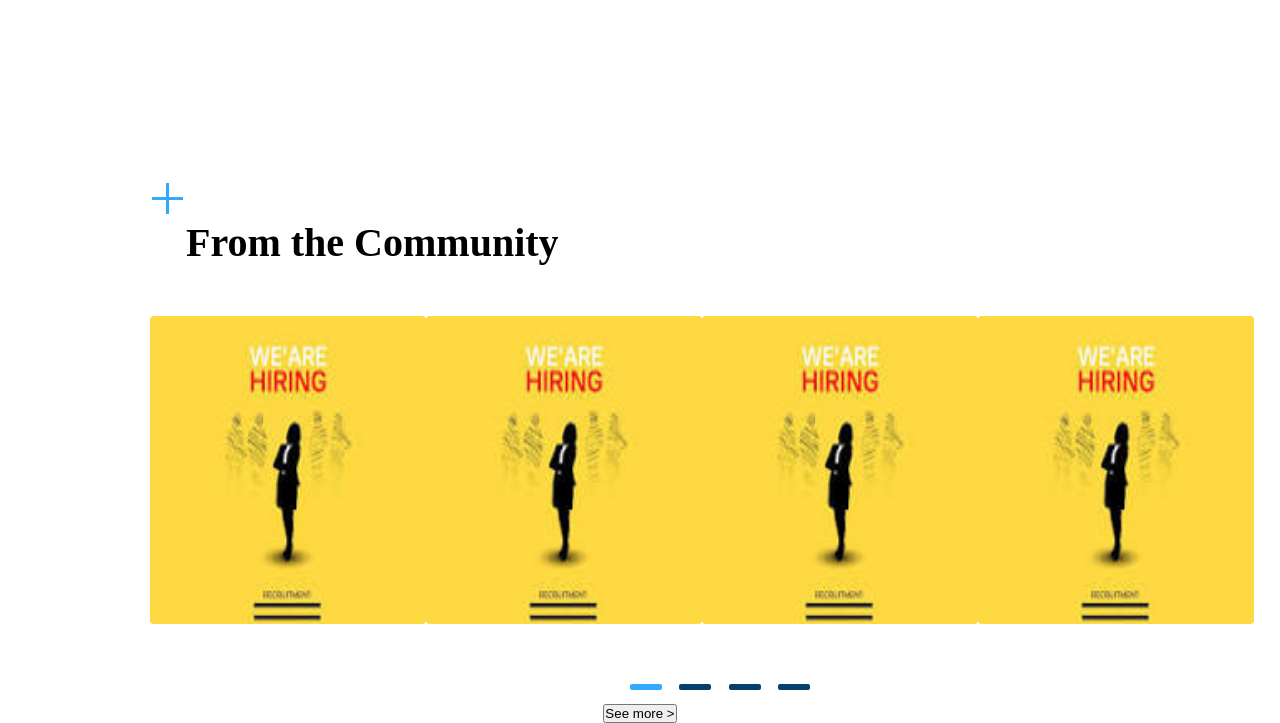
Repository: shekharyadav638/OSL_Assignment_1
Page: index.html
The author's editor kept a copy of each file at every save. The page is drawn from the files as they stood at one save, then again after the next save.
The browser window is 1280 px wide. The pictures show the whole page.
The style sheet was rebuilt from its Sass, Less or Tailwind sources for each picture, by a compiler version that may differ from the author's.

Above is the page before, as saved 2024-07-13 15:44:03.

### index.html
<!DOCTYPE html PUBLIC "-//W3C//DTD HTML 4.01 Transitional//EN" "http://www.w3.org/TR/html4/loose.dtd">
<html>
  <head>
    <meta http-equiv="Content-Type" content="text/html; charset=ISO-8859-1" />
    <title>Assignment 1</title>
    <link rel="stylesheet" href="style.css" />
    <link rel="preconnect" href="https://fonts.googleapis.com" />
    <link rel="preconnect" href="https://fonts.gstatic.com" crossorigin />
    <link
      href="https://fonts.googleapis.com/css2?family=Montserrat:ital,wght@0,100..900;1,100..900&display=swap"
      rel="stylesheet"
    />
  </head>
  <body>
    <!-- <header>
      <div class="header">
        <div class="header_left">
          <div class="header_left_logo"></div>
          <span class="header_left_title">Thinkin Blue</span>
        </div>
        <div class="header_right">
          <ul class="header_right_list">
            <li class="header_right_list_item">
              <a href="#">Home</a>
            </li>
            <li class="header_right_list_item"><a href="#">About Us</a></li>
            <li class="header_right_list_item"><a href="#">Work</a></li>
            <li class="header_right_list_item">
              <a href="#">ThinkinBlue Business</a>
            </li>
          </ul>
          <button class="header_right_btn">Login</button>
        </div>
      </div>
    </header>
    <section class="banner">
      <div class="banner_left">
       <p class="banner_left_text">The career network <br> for workers</p>
       <div class="banner_left_input">
        <input type="text" placeholder="Search Better Opportunites" class="banner_left_input_box"></input>
        <img src="img/location.svg" alt="location-icon" class="banner_left_input_icon">
       </div>
       <div class="banner_left_categories">
        <hr>
        <div class="banner_left_categories_title">100+ Job Opportunities</div>
        <div class="banner_left_categories_list">
          <div class="banner_left_categories_list_above">
            <div class="banner_left_categories_list_above_item"> Precision Production</div>
            <div class="banner_left_categories_list_above_item"> Helpers</div>
            <div class="banner_left_categories_list_above_item"> Front-line Supervisors</div>
            <div class="banner_left_categories_list_above_item"> Machine operators & Supervisors</div>
          </div>
          <div class="banner_left_categories_list_below">
            <div class="banner_left_categories_list_below_item"> Machine operators</div>
            <div class="banner_left_categories_list_below_item"> Handlers</div>
            <div class="banner_left_categories_list_below_item"> Transportation & moving occupations</div>
            <div class="banner_left_categories_list_below_item"> See all</div>
          </div>
        </div>
        <div >
          <button class="banner_left_categories_button">Join ThinkinBlue</button>
        </div>
       </div>
      </div>
      <div class="banner_right">
        <img src="img/banner_right.png" alt="banner_right" class="banner_right_img"></img>
      </div>
    </section> -->
    <section class="hiring">
      <div class="hiring_top">
        <div class="hirinf_top_icon">
          <img src="img/plus_icon.svg" alt="plus_icon" />
        </div>
        <div class="hiring_top_heading">From the Community</div>
      </div>
      <div class="hiring_body">
        <div class="hiring_body_img">
          <img src="img/hiring.jpeg" alt="hiring" />
        </div>
        <div class="hiring_body_img">
          <img src="img/hiring.jpeg" alt="hiring" />
        </div>
        <div class="hiring_body_img">
          <img src="img/hiring.jpeg" alt="hiring" />
        </div>
        <div class="hiring_body_img">
          <img src="img/hiring.jpeg" alt="hiring" />
        </div>
      </div>
      <div class="hiring_footer">
        <div class="hiring_footer_slide">
          <div class="hiring_footer_slide_1"></div>
          <div class="hiring_footer_slide_2"></div>
          <div class="hiring_footer_slide_2"></div>
          <div class="hiring_footer_slide_2"></div>
        </div>
        <div class="hiring_footer_btn"><button>See more ></button></div>
      </div>
    </section>
  </body>
</html>

### style.scss
* {
  margin: 0;
  padding: 0;
}
.body {
  width: 1440px;
  opacity: 1;
  overflow-x: hidden;
}

@import "header";
@import "banner";
@import "hiring";

### header.scss
.header {
  background: transparent;
  position: fixed;
  display: flex;
  align-content: center;
  width: 1140px;
  height: 86px;
  opacity: 1;
  margin: 16px 150px;
  &_left {
    align-items: center;
    display: flex;
    opacity: 1;

    &_logo {
      width: 52px;
      height: 52px;
      background: #ffffff 0% 0% no-repeat padding-box;
      opacity: 1;
    }

    &_title {
      padding-left: 5px;
      text-align: left;
      font: normal normal bold 21px/28px Segoe UI;
      width: 113px;
      height: 28px;
      letter-spacing: 0px;
      color: #150303;
      opacity: 1;
    }
  }

  &_right {
    margin-left: 261px;
    align-items: center;
    display: flex;
    gap: 66px;
    &_list {
      list-style: none;
      display: flex;
      gap: 76px;
      align-items: center;

      &_item {
        text-align: left;
        font: normal normal normal 14px/11px Montserrat;
        letter-spacing: 0px;
        padding: 17px 0;
        color: #ffffff;
        opacity: 1;
      }
    }
    &_btn {
      background: #ffc832 0% 0% no-repeat padding-box;
      border-radius: 4px;
      opacity: 1;
      padding: 8px 33px;
      text-align: left;
      font: normal normal 600 18px Montserrat;
      letter-spacing: 0px;
      color: #05416e;
      opacity: 1;
    }
  }
}

.banner {
  &_img {
    width: 100%;
    height: 100%;
    background-position: center;
  }
}

### _banner.scss
.banner {
  background-image: url(img/banner.png);
  width: 100%;
  height: 100vh;
  background-size: cover;
  background-position: center;
  background-repeat: no-repeat;
  display: flex;

  &_left {
    margin-top: 156px;
    margin-bottom: 80px;
    margin-left: 150px;
    &_text {
      text-align: left;
      font: normal normal bold 80px/80px Adobe Caslon Pro;
      letter-spacing: 0.8px;
      color: #ffffff;
      opacity: 1;
    }

    &_input {
      display: flex;
      align-items: center;
      margin-top: 60px;
      width: 756px;
      height: 74px;
      background: #37b5d8 0% 0% no-repeat padding-box;
      box-shadow: 0px 10px 20px #07668b;
      border-radius: 6px;

      ::placeholder {
        font: italic normal normal 28px/36px Montserrat;
        letter-spacing: 0px;
        color: #ebebeb;
        opacity: 1;
        padding-top: 13px;
        padding-bottom: 13px;
        align-content: center;
        padding-left: 24px;
      }

      &_box {
        background: #ffffff 0% 0% no-repeat padding-box;
        border-radius: 4px;
        margin-left: 8px;
        border: none;
        opacity: 1;
        width: 669px;
        height: 60px;
      }
    }

    &_categories {
      width: 717px;
      height: 112px;
      & hr {
        margin-top: 30px;
        margin-bottom: 40px;
        color: #37b5d8;
        width: 756px;
      }
      &_title {
        width: 250px;
        height: 22px;
        text-align: left;
        font: normal normal bold 18px/24px Montserrat;
        letter-spacing: 0px;
        color: #ffffff;
        opacity: 1;
      }

      &_list {
        margin-top: 15px;
        margin-right: 73px;
        &_above {
          display: flex;
          justify-content: space-between;
          &_item {
            background: #32aaff 0% 0% no-repeat padding-box;
            border: 1px solid #ffffff;
            border-radius: 20px;
            opacity: 0.8;
            height: 15 px;
            padding-left: 14px;
            padding-right: 14px;
            padding-top: 7px;
            padding-bottom: 8px;
            text-align: left;
            font: italic normal normal 12px/24px Montserrat;
            letter-spacing: 0px;
            color: #ffffff;
            opacity: 1;
          }
        }
        &_below {
          margin-top: 15px;
          margin-right: 64px;
          display: flex;
          justify-content: space-between;
          &_item {
            background: #32aaff 0% 0% no-repeat padding-box;
            border: 1px solid #ffffff;
            border-radius: 20px;
            opacity: 0.8;
            height: 15 px;
            padding-left: 14px;
            padding-right: 14px;
            padding-top: 7px;
            padding-bottom: 8px;
            text-align: left;
            font: italic normal normal 12px/24px Montserrat;
            letter-spacing: 0px;
            color: #ffffff;
            opacity: 1;
          }
        }
      }

      &_button {
        margin-top: 40px;
        width: 180px;
        height: 45px;
        background: #ffc832 0% 0% no-repeat padding-box;
        border: none;
        padding: 13px 21px;
        opacity: 1;
        font: normal normal 600 15px/15px Montserrat;
        letter-spacing: 0px;
        color: #05416e;
        opacity: 1;
      }
    }
  }

  &_right {
    &_img {
      position: absolute;
      top: 0;
      left: 650px;
      margin-top: 140px;
    }
  }
}

### _hiring.scss
.hiring {
  margin: 180px 150px;
  margin-bottom: 0;

  &_top {
    display: flex;
    flex-direction: column;
    width: 411px;
    margin-bottom: 60px;
    &_icon {
      width: 36px;
      height: 36px;
    }

    &_heading {
      margin-left: 36px;
      width: 375px;
      height: 40px;
      font: normal normal bold 40px/54px Adobe Caslon Pro;
      letter-spacing: 0px;
      color: #000000;
      opacity: 1;
    }
  }

  &_body {
    display: flex;
    justify-content: space-between;
    &_img {
      & img {
        width: 276px;
        height: 308px;
        border-radius: 4px;
        opacity: 1;
      }
    }
  }

  &_footer {
    margin-top: 60px;

    &_slide {
      display: flex;
      width: 180px;
      height: 10px;
      justify-content: space-between;
      margin-left: 480px;
      &_1 {
        width: 32px;
        height: 6px;
        background: #32aaff 0% 0% no-repeat padding-box;
        border-radius: 2px;
        opacity: 1;
      }
      &_2 {
        width: 32px;
        height: 6px;
        background: #05416e 0% 0% no-repeat padding-box;
        border-radius: 2px;
        opacity: 1;
      }
    }

    &_btn {
      margin-top: 10px;
      display: flex;
      align-items: center;
      justify-content: center;
    }
  }
}

After the next save:
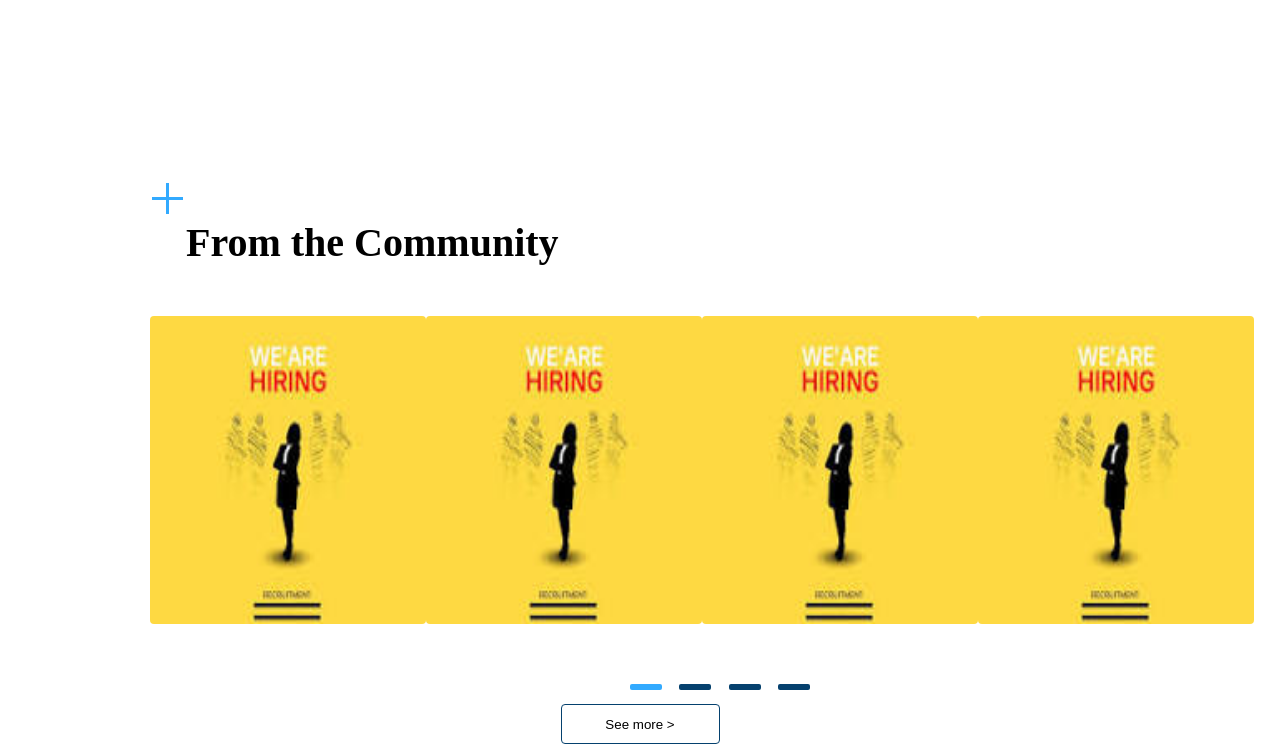
Saved 16 h 44 min later.
--- a/_hiring.scss
+++ b/_hiring.scss
@@ -66,6 +66,16 @@
       display: flex;
       align-items: center;
       justify-content: center;
+
+      & button {
+        width: 159px;
+        height: 40px;
+        /* UI Properties */
+        background: #ffffff 0% 0% no-repeat padding-box;
+        border: 1px solid #05416e;
+        border-radius: 4px;
+        opacity: 1;
+      }
     }
   }
 }
